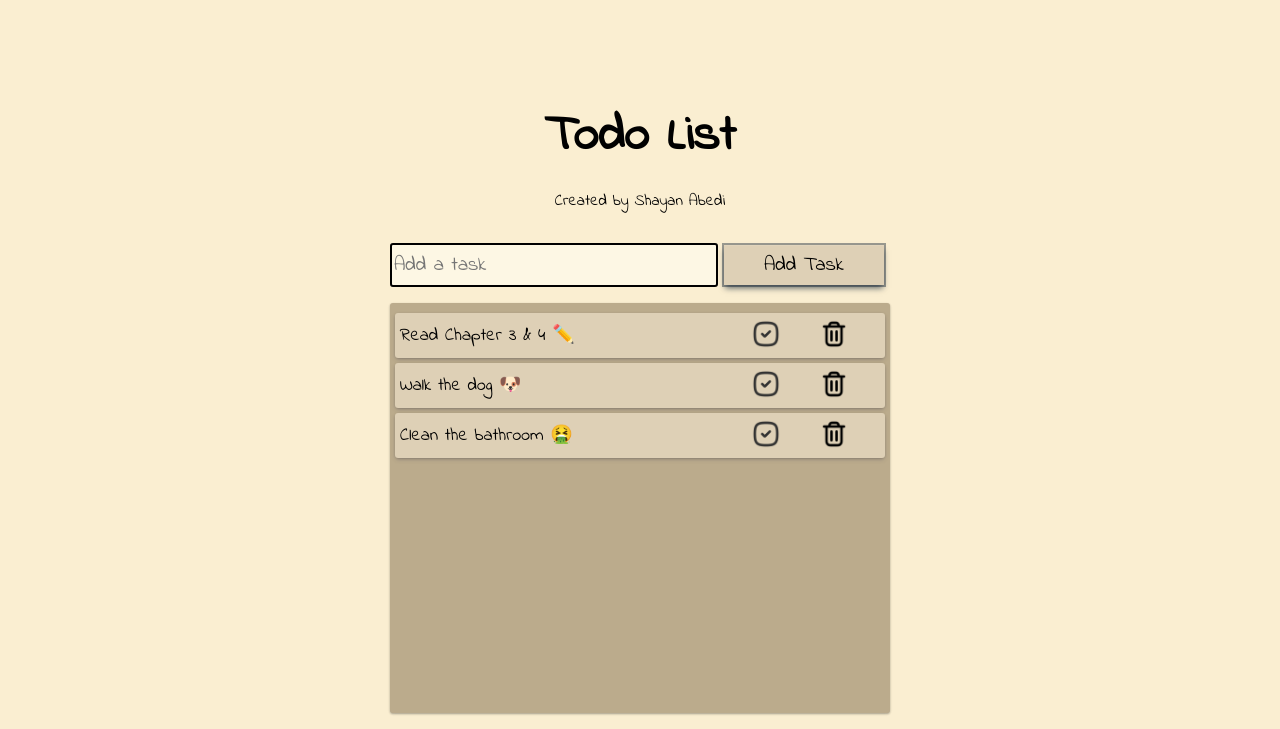
Repository: shayanabedi98/todo-list
Page: /
These files come from the project's save history. The page is drawn as it stood at one moment and after the next save; the edit follows.
The browser window is 1280 px wide. The pictures show the whole page.
The project was rebuilt for these pictures with package versions that can differ from the ones it lists, and the page was loaded fresh each time. Also part of the build but not shown: vite.config.js.

Above is the page before, as saved 2023-12-30 16:07:13.

### index.html
<!doctype html>
<html lang="en">
  <head>
    <meta charset="UTF-8" />
    <link rel="icon" type="image/svg+xml" href="./src/assets/pencil-svgrepo-com.png" />
    <meta name="viewport" content="width=device-width, initial-scale=1.0" />
    <link rel="preconnect" href="https://fonts.googleapis.com">
    <link rel="preconnect" href="https://fonts.gstatic.com" crossorigin>
    <link href="https://fonts.googleapis.com/css2?family=Indie+Flower&display=swap" rel="stylesheet">
    <title>Todo List</title>
  </head>
  <body>
    <div id="root"></div>
    <script type="module" src="/src/main.jsx"></script>
  </body>
</html>

### src/App.jsx
import { useState } from "react";
import { v4 as uuid } from "uuid";
import TodoList from "./TodoList";
import CreateTask from "./CreateTask";

function App() {
  const [list, setList] = useState([
    { id: uuid(), text: 'Read Chapter 3 & 4 ✏️', completed: false},
    { id: uuid(), text: 'Walk the dog 🐶', completed: false},
    { id: uuid(), text: 'Clean the bathroom 🤮', completed: false},
  ]);
  const [input, setInput] = useState("");

  const addTask = () => {
    if (input.trim() !== "") {
      setList([...list, { id: uuid(), text: input, completed: false }]);
      setInput("");
    }
  };

  const handleChange = (event) => {
    setInput(event.target.value);
  };

  const handleDelete = (taskID) => {
    const newList = list.filter((task) => {
      return task.id !== taskID;
    });
    setList(newList);
  };

  const handleComplete = (taskID) => {
    const newList = list.map((task) => {
      if (task.id === taskID) {
        return { ...task, completed: !task.completed };
      } else {
        return task;
      }
    });
    setList(newList);
  };

  return (
    <>
      <h1>Todo List</h1>
      <p>Created by Shayan Abedi</p>
      <CreateTask handleChange={handleChange} input={input} addTask={addTask} />
      <TodoList
        list={list}
        handleDelete={handleDelete}
        handleComplete={handleComplete}
      />
    </>
  );
}

export default App;

### src/index.css
body {
  background-color: #FAEED1;
  font-family: 'Indie Flower', cursive;
}

h1 {
  font-size: 50px;
  margin-top: 100px;
  margin-bottom: 0;
  text-align: center;
}

.create-task {
  display: grid;
  place-items: center;
  align-content: center;
  grid-template-columns: 1fr 1fr;
  margin: 30px auto 0 auto;
}

.create-task input {
  background-color: #FDF7E4;
  border: 2px solid black;
  border-radius: 3px;
  font-size: 20px;
  height: 38px;
  width: 320px;
  font-family: 'Indie Flower', cursive;
}

.create-task button {
  background-color: #DED0B6;
  border: none;
  font-family: 'Indie Flower', cursive;
  height: 40px;
  width: 160px;
  font-size: 20px;
  box-shadow: rgba(6, 24, 44, 0.4) 0px 0px 0px 2px, rgba(6, 24, 44, 0.65) 0px 4px 6px -1px, rgba(255, 255, 255, 0.08) 0px 1px 0px inset;
  cursor: pointer;
}

.list ul {
 padding: 5px;
 box-shadow: rgba(0, 0, 0, 0.12) 0px 1px 3px, rgba(0, 0, 0, 0.24) 0px 1px 2px;
  border-radius: 3px;
  background-color: #BBAB8C;
  min-height: 400px;
}

.list li {
  list-style: none;
  display: grid;
  grid-template-columns: 1fr 0.2fr 0.2fr;
  background-color: #DED0B6;
  margin-top: 5px;
  margin-bottom: 5px;
  padding: 5px;
  box-shadow: rgba(50, 50, 93, 0.25) 0px 2px 5px -1px, rgba(0, 0, 0, 0.3) 0px 1px 3px -1px;
  border-radius: 3px;
  font-size: 18px;
  align-items: center;
}

p, h1, .create-task, .list {
  width: 500px;
  margin-left: auto;
  margin-right: auto;
}

.list button {
  background-color: #DED0B6;
  font-family: 'Indie Flower', cursive;
  height: 35px;
  width: 35px;
  margin: auto 2px;
  cursor: pointer;
  border: none;
  border-radius: 3px;
}

.list img {
  height: 30px;
}

p {
  text-align: center;
}

### src/TodoList.jsx
import React from "react";
import trash from "./assets/trash.png";
import check from "./assets/check.png";

const TodoList = ({ handleComplete, handleDelete, list }) => {
  const completedStyle = (condition) => {
    return condition
      ? {
          color: "grey",
          textDecoration: "line-through",
        }
      : {};
  };

  return (
    <div className="list">
      <ul>
        {list.map((task) => {
          return (
            <li key={task.id}>
              <span style={completedStyle(task.completed)}>{task.text}</span>
              <button id="complete" onClick={() => handleComplete(task.id)}>
                <img src={check} alt="checkmark button"/>
              </button>
              <button id="delete" onClick={() => handleDelete(task.id)}>
                <img src={trash} alt="delete button"/>
              </button>
            </li>
          );
        })}
      </ul>
    </div>
  );
};

export default TodoList;

### src/CreateTask.jsx
import React from "react";

const CreateTask = ({input, addTask, handleChange}) => {
  return (
    <div className="create-task">
      <input
        onKeyDown={(e) => e.key === 'Enter' && addTask()}
        placeholder="Add a task"
        type="text"
        onChange={handleChange}
        value={input}
      />
      <button onClick={addTask}>Add Task</button>
    </div>
  );
};

export default CreateTask;

Loaded but not shown: src/main.jsx (common file)

After the next save:
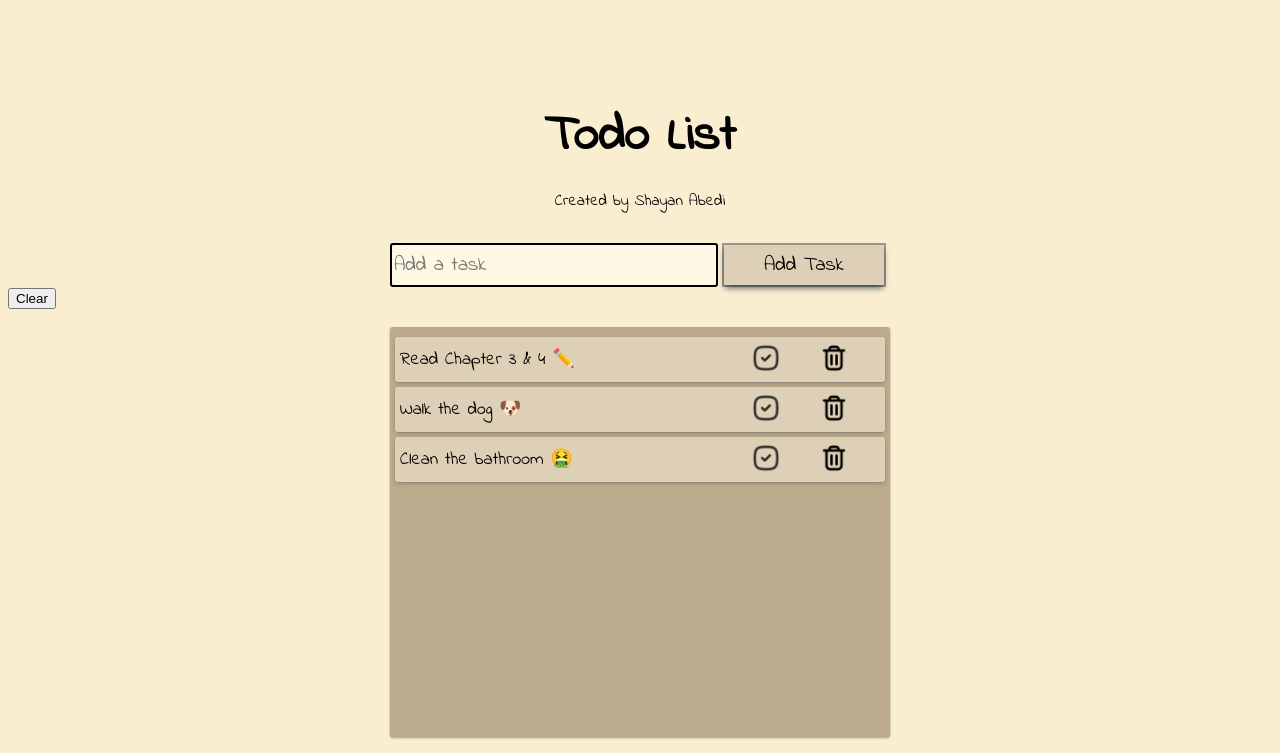
Saved 2 min 17 s later.
--- a/src/App.jsx
+++ b/src/App.jsx
@@ -45,6 +45,7 @@ function App() {
       <h1>Todo List</h1>
       <p>Created by Shayan Abedi</p>
       <CreateTask handleChange={handleChange} input={input} addTask={addTask} />
+      <button>Clear</button>
       <TodoList
         list={list}
         handleDelete={handleDelete}
